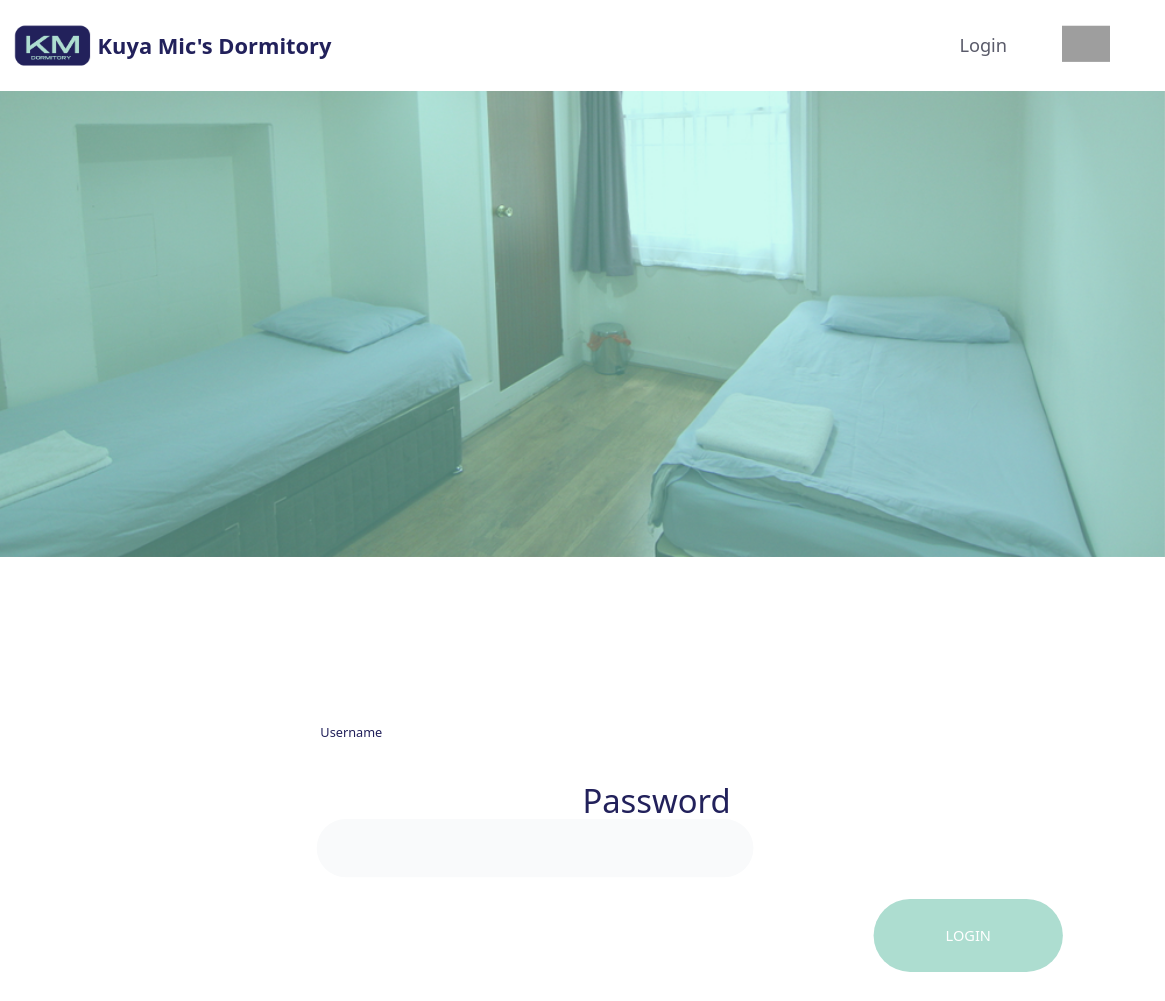
Repository: theamgri/Dormitory-Management-System
Page: login.html
The author's editor kept a copy of each file at every save. The page is drawn from the files as they stood at one save, then again after the next save.
The browser window is 1280 px wide. The pictures show the whole page, at 91% of full size.
Pictures or frames that could not be fetched are drawn as grey boxes. Some web libraries are served in a nearby version.

Above is the page before, as saved 2022-12-06 09:17:42.

### login.html
<!DOCTYPE html>
<html lang="en">
<head>
    <script src="https://cdn.tailwindcss.com"></script>
    <meta charset="UTF-8">
    <meta http-equiv="X-UA-Compatible" content="IE=edge">
    <meta name="viewport" content="width=device-width, initial-scale=1.0">
    <link rel="icon" type="image/x-icon" href="/assets/logo.png">
    <title>Login</title>

    <nav class="bg-white border-gray-200 px-2 sm:px-4 py-1 rounded dark:bg-gray-100">
        <div class="container flex flex-wrap items-center justify-between mx-auto">
          <a href="https://flowbite.com/" class="flex sm:items-left">
              <img src="/assets/logo.png" class="h-11" alt="KM Logo" />
              <span class="self-center align-middle pl-2 text-2xl font-Montserrat font-bold whitespace-nowrap" style="color: #22215B">Kuya Mic's Dormitory </span>

          </a>

          <button data-collapse-toggle="navbar-default" type="button" class="inline-flex items-center p-2 ml-3 text-sm text-gray-500 rounded-lg md:hidden hover:bg-gray-100 focus:outline-none focus:ring-2 focus:ring-gray-200 dark:text-gray-400 dark:hover:bg-gray-700 dark:focus:ring-gray-600" aria-controls="navbar-default" aria-expanded="false">
          <svg class="w-6 h-6" aria-hidden="true" fill="currentColor" viewBox="0 0 20 20" xmlns="http://www.w3.org/2000/svg"><path fill-rule="evenodd" d="M3 5a1 1 0 011-1h12a1 1 0 110 2H4a1 1 0 01-1-1zM3 10a1 1 0 011-1h12a1 1 0 110 2H4a1 1 0 01-1-1zM3 15a1 1 0 011-1h12a1 1 0 110 2H4a1 1 0 01-1-1z" clip-rule="evenodd"></path></svg>
          </button>
          <div class="hidden w-full md:block md:w-auto" id="navbar-default">
            <ul class="flex flex-col p-4 mt-4 border border-gray-100 rounded-lg md:flex-row md:space-x-8 md:mt-0 md:text-sm md:font-medium md:border-0">
              <li>
                <a href="#" class="block bg-blue-700 font-Montserrat rounded text-xl md:bg-transparent md:text-blue-700 md:p-4" aria-current="page" style="color: #5A5B6A">Login</a>
              </li>
              <li>
                <a href="#" class="block py-2 pl-3 pr-4" aria-current="page"><img src="https://icones.pro/wp-content/uploads/2021/02/icone-utilisateur-gris.png" class="h-1 mr-3 sm:h-10" alt="KM Logo" /></a>
              </li>
            </ul>
          </div>

        </div>
      </nav>

</head>
<body>
    <div class=" w-full bg-cover bg-bottom" style="height:32rem; background-image: url(/assets/dorm.png);">

        <div class="flex items-center justify-center h-full w-full bg-teal-200 bg-opacity-50">

        </div>
    </div>

        <div class="items-center space-y-4 md:space-y-6 sm:p-8 sm:px-3" style="padding-top: 10rem; padding-left: 20rem">

                <div>
                    <label for="email" class="inline-block text-4xl text-sm font-medium text-gray-900" style="color: #22215B; padding-left: 2rem;">Username</label>
                    <input type="email" name="email" id="email" style="height: 4rem; width:30rem;" class="ml-6 inline-block bg-gray-10 text-gray-900 sm:text-sm rounded-full focus:ring-primary-600 focus:border-primary-600 block p-3.5 dark:bg-gray-100 dark:placeholder-gray-400  " required="">
                </div>
                <div>
                    <label for="password" class="inline-block sm:text-4xl font-medium text-gray-900" style="color: #22215B; padding-left: 20rem;">Password</label>
                    <input type="password" name="password" id="password" style="height: 4rem; width:30rem;" class="ml-7 inline-block bg-gray-50  sm:text-sm rounded-full focus:ring-primary-600 focus:border-primary-600 block p-3.5 dark:bg-gray-100 dark:placeholder-gray-400 " required="">


                  </div>



                  <button onclick="location.href='home.html'" type="submit" class="text-white bg-primary-600 hover:bg-primary-700 focus:ring-4 focus:outline-none focus:ring-primary-300 font-medium rounded-full text-md px-10 py-2.5 sm:text-center " style="margin-left: 40rem; background-color:#ADDDD0; height: 5rem; width: 13rem;">LOGIN</button>


        </div>

</body>
</html>

After the next save:
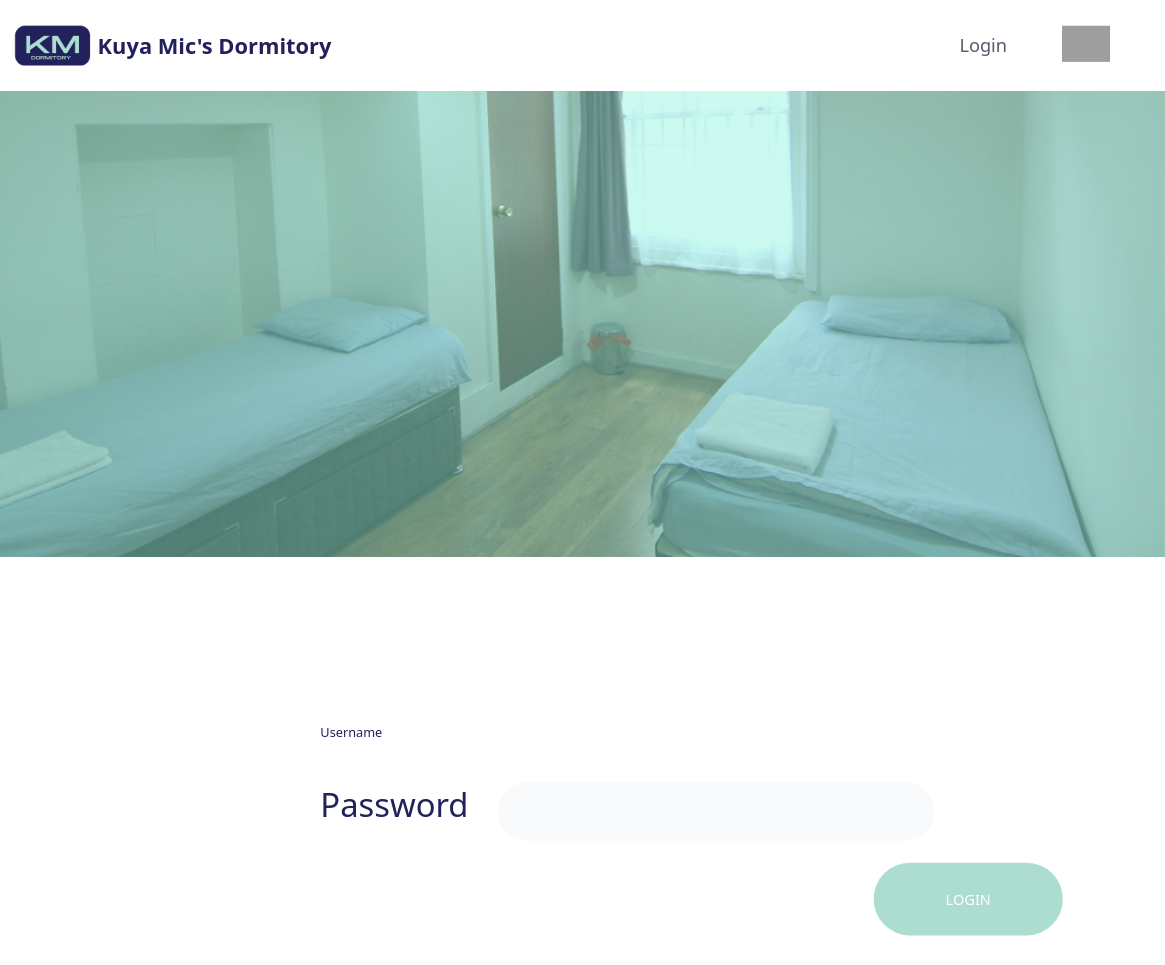
Saved 8 s later.
--- a/login.html
+++ b/login.html
@@ -49,7 +49,7 @@
                     <input type="email" name="email" id="email" style="height: 4rem; width:30rem;" class="ml-6 inline-block bg-gray-10 text-gray-900 sm:text-sm rounded-full focus:ring-primary-600 focus:border-primary-600 block p-3.5 dark:bg-gray-100 dark:placeholder-gray-400  " required="">
                 </div>
                 <div>
-                    <label for="password" class="inline-block sm:text-4xl font-medium text-gray-900" style="color: #22215B; padding-left: 20rem;">Password</label>
+                    <label for="password" class="inline-block sm:text-4xl font-medium text-gray-900" style="color: #22215B; padding-left: 2rem;">Password</label>
                     <input type="password" name="password" id="password" style="height: 4rem; width:30rem;" class="ml-7 inline-block bg-gray-50  sm:text-sm rounded-full focus:ring-primary-600 focus:border-primary-600 block p-3.5 dark:bg-gray-100 dark:placeholder-gray-400 " required="">
 
 
